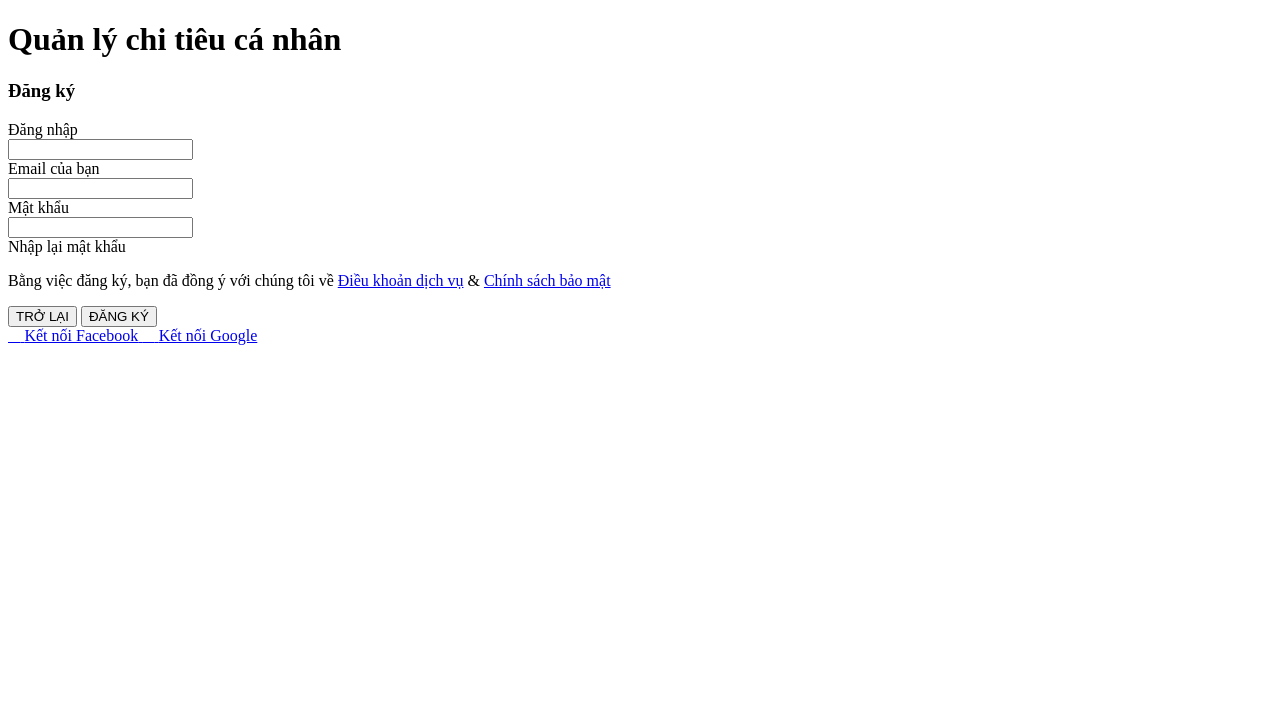
Repository: ximvhs/sochitieu
Page: login.html
These files come from the project's save history. The page is drawn as it stood at one moment and after a run of saves; the edit follows.
The browser window is 1280 px wide. The pictures show the whole page.
Some web fonts or font styles are not loaded; a fallback is used.

Above is the page before, as saved 2023-04-05 09:30:08.

### login.html
<!DOCTYPE html>
<html lang="en">
<head>
    <meta charset="UTF-8">
    <meta http-equiv="X-UA-Compatible" content="IE=edge">
    <meta name="viewport" content="width=device-width, initial-scale=1.0">
    <title>Đăng nhập</title>
    <link rel="stylesheet" href="./assets/css/login.css">
    <link rel="stylesheet" href="./themify-icons-font/themify-icons/themify-icons.css">
    <link rel="stylesheet" href="https://fonts.googleapis.com/css2?family=Material+Symbols+Outlined:opsz,wght,FILL,GRAD@20..48,100..700,0..1,-50..200" />
    <link rel="preconnect" href="https://fonts.googleapis.com">
    <link rel="preconnect" href="https://fonts.gstatic.com" crossorigin>
    <link href="https://fonts.googleapis.com/css2?family=Dongle:wght@700&display=swap" rel="stylesheet">
    <link rel="stylesheet" href="https://stackpath.bootstrapcdn.com/font-awesome/4.7.0/css/font-awesome.min.css"
    integrity="sha384-wvfXpqpZZVQGK6TAh5PVlGOfQNHSoD2xbE+QkPxCAFlNEevoEH3Sl0sibVcOQVnN" crossorigin="anonymous">
    <link rel="preconnect" href="https://fonts.gstatic.com">
    <link href="https://fonts.googleapis.com/css2?family=Open+Sans:ital,wght@0,400;0,600;0,700;0,800;1,400&display=swap"
    rel="stylesheet">
</head>
<body>
    <form action="">
        <div class="modal js-show_register">
                <div class="modal__body">
                    <div class="auth-form--left">
                        <H1>Quản lý chi tiêu cá nhân</H1>
                    </div>
                    <div class="auth-form--right js-auth-form">
                        <div class="auth-form__container">
                            <div class="auth-form__header">
                                <h3 class="auth-form__heading">Đăng ký</h3>
                                <span class="auth-form__switch-btn js-login">Đăng nhập</span>
                            </div>

                            <div class="auth-form__form">
                                <div class="auth-form__group">
                                    <input type="text" class="auth-form__input" required placeholder=" ">
                                    <div class="form-label">Email của bạn</div>
                                </div>
                                <div class="auth-form__group">
                                    <input type="password" class="auth-form__input" required placeholder=" ">
                                    <div class="form-label">Mật khẩu</div>
                                </div>
                                <div class="auth-form__group">
                                    <input type="password" class="auth-form__input" required placeholder=" ">
                                    <div class="form-label">Nhập lại mật khẩu</div>
                                </div>
                            </div>

                            <div class="auth-form__aside">
                                <p class="auth-form__policy-text">
                                    Bằng việc đăng ký, bạn đã đồng ý với chúng tôi về
                                    <a href="#" class="auth-form__text-link">Điều khoản dịch vụ</a> &
                                    <a href="#" class="auth-form__text-link">Chính sách bảo mật</a>
                                </p>
                            </div>
                            <div class="auth-form__controls">
                                <button class="btn btn--normal auth-form__controls--back js-close">TRỞ LẠI</button>
                                <button class="btn btn--normal btn--primary">ĐĂNG KÝ</button>
                            </div>
                        </div>

                        <div class="auth-form__socials">
                            <a href="#" class="auth-form__socials--facebook btn btn--size-s btn--with-icon">
                                <i class="auth-form__socials-icon fab fa-facebook-square"></i>
                                <span class="auth-form__socials-text">Kết nối Facebook</span>
                            </a>
                            <a href="#" class="auth-form__socials--google btn btn--size-s btn--with-icon">
                                <i class="auth-form__socials-icon fab fa-google"></i>
                                <span class="auth-form__socials-text">Kết nối Google</span>
                            </a>
                        </div>
                    </div>
                </div>
        </div>
    </form>
</body>
</html>

Loaded but not shown: assets/css/login.css (no stored copy; drawn as an empty file)

After the next 4 saves:
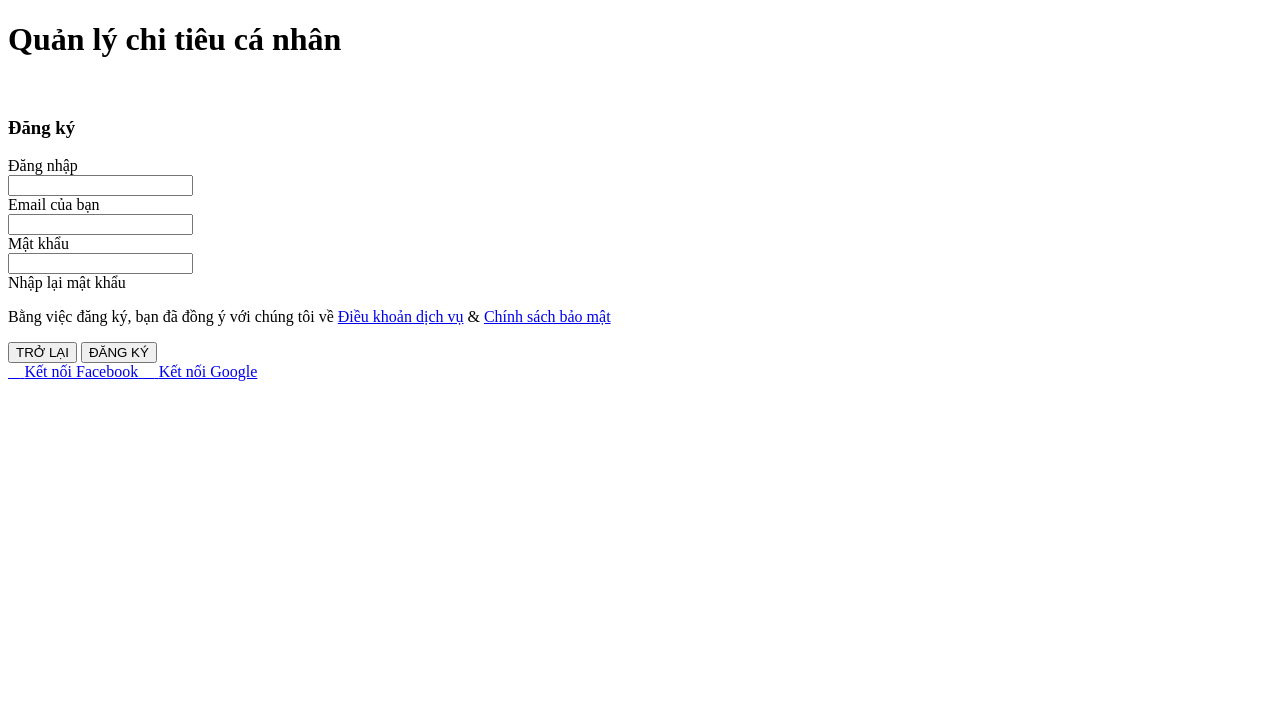
Not found: img/logo-login.jpg
The 4 saves are shown as one change because they came seconds apart.
The last was saved 83 s later.
--- a/login.html
+++ b/login.html
@@ -23,6 +23,7 @@
                 <div class="modal__body">
                     <div class="auth-form--left">
                         <H1>Quản lý chi tiêu cá nhân</H1>
+                        <img src="./img/logo-login.jpg" alt="">
                     </div>
                     <div class="auth-form--right js-auth-form">
                         <div class="auth-form__container">

After the 2 saves that followed:
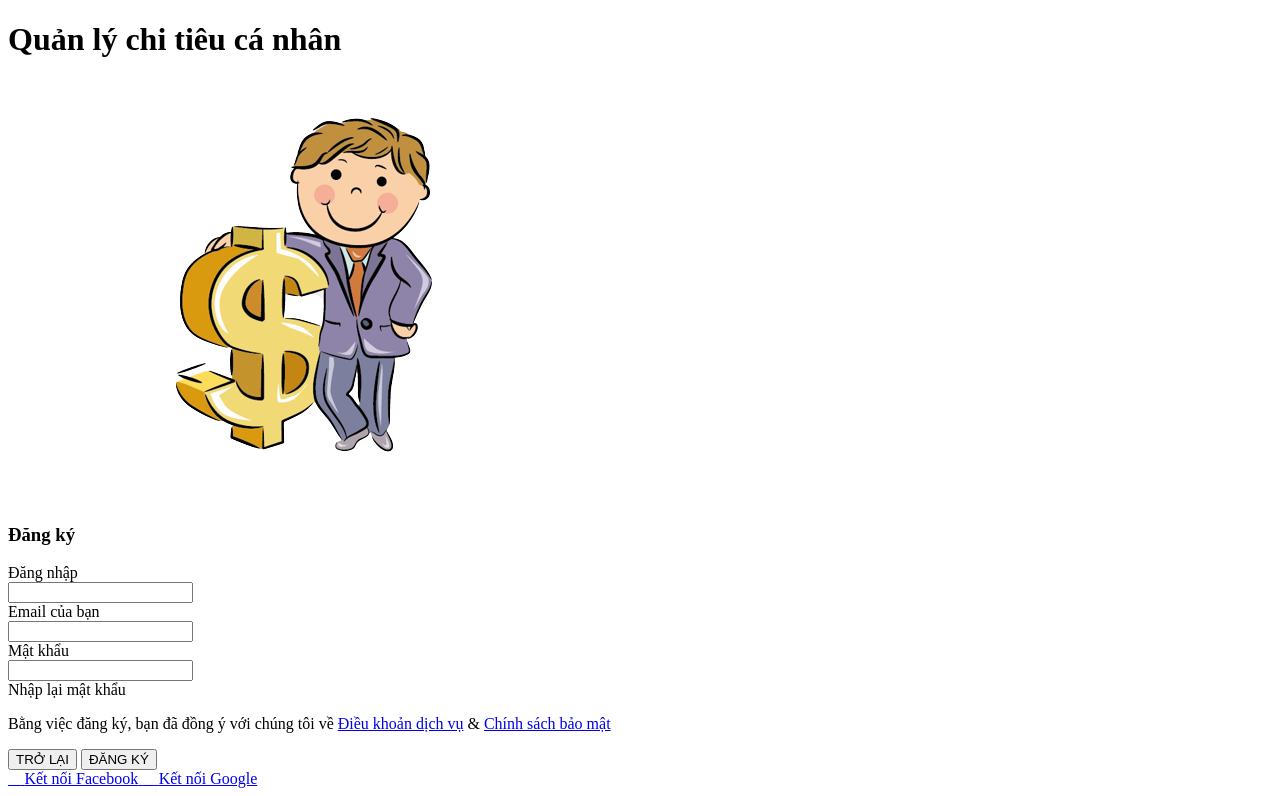
The 2 saves are shown as one change because they came seconds apart.
The last was saved 3 min 52 s later.
--- a/login.html
+++ b/login.html
@@ -23,7 +23,7 @@
                 <div class="modal__body">
                     <div class="auth-form--left">
                         <H1>Quản lý chi tiêu cá nhân</H1>
-                        <img src="./img/logo-login.jpg" alt="">
+                        <img src="./img/logo-login.png" alt="">
                     </div>
                     <div class="auth-form--right js-auth-form">
                         <div class="auth-form__container">
